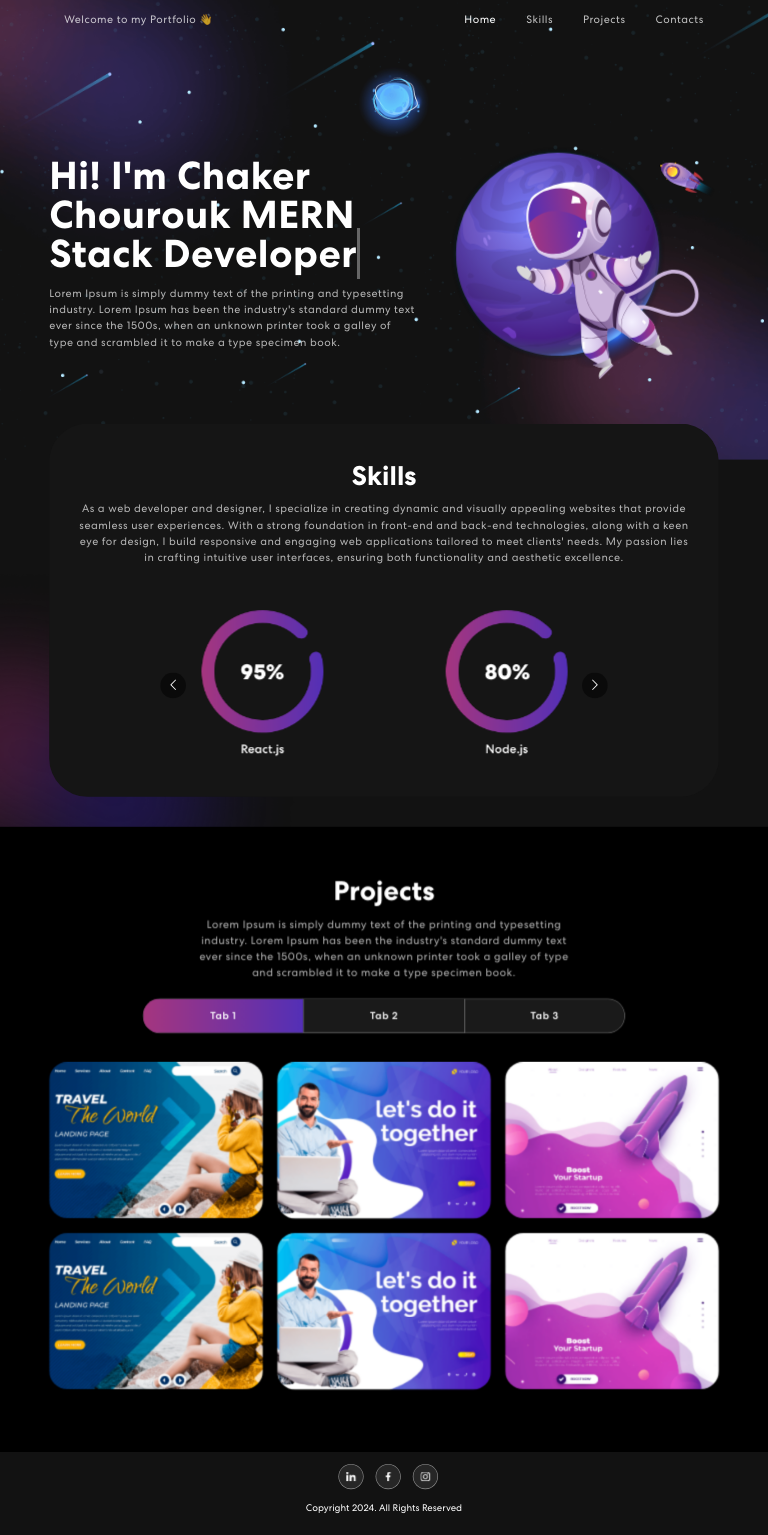
Repository: ChakerChourouk/personal-portfolio
Page: /
These files come from the project's save history. The page is drawn as it stood at one moment and after the next save; the edit follows.
The browser window is 1280 px wide. The pictures show the whole page, at 60% of full size.
The project was rebuilt for these pictures with package versions that can differ from the ones it lists, and the page was loaded fresh each time. Imported but missing from the stored project, and not drawn on this page: src/components/Contact.

Above is the page before, as saved 2024-09-15 20:28:31.

### src/App.js
import logo from './logo.svg';
import './App.css';
import 'bootstrap/dist/css/bootstrap.min.css';
import { NavBar } from "./components/NavBar";
import { Banner } from "./components/Banner";
import { Skills } from "./components/Skills";
import { Projects } from "./components/Projects";
import { Contact } from "./components/Contact";
import { Footer } from "./components/Footer";

function App() {
  return (
    <div className="App">
      <NavBar />
      <Banner />
      <Skills />
      <Projects />
      <Footer />
    </div>
  );
}

export default App;

### src/App.css
/************ Custom Font ************/
@font-face {
	font-family: Centra;
	src: url('./assets/font/CentraNo2-Bold.ttf');
	font-weight: 700;
}
@font-face {
	font-family: Centra;
	src: url('./assets/font/CentraNo2-Medium.ttf');
	font-weight: 500;
}
@font-face {
	font-family: Centra;
	src: url('./assets/font/CentraNo2-Book.ttf');
	font-weight: 400;
}

/************ Default Css ************/
* {
  margin: 0;
  padding: 0;
  box-sizing: border-box;
}

html {
  scroll-behavior: smooth;
  scroll-padding-top: 75px;
}

body {
  font-weight: 400;
  overflow-x: hidden;
  position: relative;
  background-color: #121212 !important;
  color: #fff !important;
  font-family: 'Centra', sans-serif !important;
}

h1, h2, h3, h4, h5, h6 {
  margin: 0;
  padding: 0;
  line-height: normal;
}

p, a, li, button, ul {
  margin: 0;
  padding: 0;
  line-height: normal;
  text-decoration: none;
}

a:hover {
  text-decoration: none;
}

img {
  width: 100%;
  height: auto;
}

button {
  border: 0;
  background-color: transparent;
}

input:focus, textarea:focus, select:focus {
  outline: none;
}

@media (min-width:1700px) {
	main .container {
		max-width: 100%;
		padding: 0 150px;
	}
}

p.success {
	color: green;
}

p.danger {
	color: red;
}
/************ Navbar Css ************/
nav.navbar {
  padding: 18px 0;
  position: fixed;
  width: 100%;
  top: 0;
  z-index: 9999;
  transition:  0.32s ease-in-out;
}
nav.navbar.scrolled {
  padding: 0px 0;
  background-color: #121212;
}
nav.navbar a.navbar-brand {
    width: 9%;
}
nav.navbar .navbar-nav .nav-link.navbar-link {
  font-weight: 400;
  color: #fff !important;
  letter-spacing: 0.8px;
  padding: 0 25px;
  font-size: 18px;
  opacity: 0.75;
}
nav.navbar .navbar-nav a.nav-link.navbar-link:hover,
nav.navbar .navbar-nav a.nav-link.navbar-link.active {
    opacity: 1;
}
span.navbar-text {
    display: flex;
    align-items: center;
}
.social-icon {
    display: inline-block;
    margin-left: 14px;
}
.social-icon a {
    width: 42px;
    height: 42px;
    background: rgba(217, 217, 217, 0.1);
    display: inline-flex;
    border-radius: 50%;
    margin-right: 6px;
    align-items: center;
    justify-content: center;
    line-height: 1;
    border: 1px solid rgba(255, 255, 255, 0.5);
}
.social-icon a::before {
    content: "";
    width: 42px;
    height: 42px;
    position: absolute;
    background-color: #ffffff;
    border-radius: 50%;
    transform: scale(0);
	transition: 0.3s ease-in-out;
}
.social-icon a:hover::before {
    transform: scale(1);
}
.social-icon a img {
	width: 40%;
	z-index: 1;
	transition: 0.3s ease-in-out;
}
.social-icon a:hover img {
	filter: brightness(0) saturate(100%) invert(0%) sepia(7%) saturate(98%) hue-rotate(346deg) brightness(95%) contrast(86%);
}
.navbar-text button {
  font-weight: 700;
  color: #fff;
  border: 1px solid #fff;
  padding: 18px 34px;
  font-size: 18px;
  margin-left: 18px;
	position: relative;
	background-color: transparent;
	transition: 0.3s ease-in-out;
}
.navbar-text button span {
  z-index: 1;
}
.navbar-text button::before {
  content: "";
  width: 0%;
  height: 100%;
  position: absolute;
  background-color: #fff;
  left: 0;
  top: 0;
  z-index: -1;
  transition: 0.3s ease-in-out;
}
.navbar-text button:hover {
  color: #121212;
}
.navbar-text button:hover::before {
	content: "";
	width: 100%;
	height: 100%;
	position: absolute;
}
nav.navbar .navbar-toggler:active,
nav.navbar .navbar-toggler:focus {
	outline: none;
    box-shadow: none;
}
nav.navbar .navbar-toggler-icon {
  width: 24px;
  height: 17px;
  background-image: none;
  position: relative;
  border-bottom: 2px solid #fff;
  transition: all 300ms linear;
  top: -2px;
}
nav.navbar .navbar-toggler-icon:focus {
	border-bottom: 2px solid #fff;
}
nav.navbar .navbar-toggler-icon:after,
nav.navbar .navbar-toggler-icon:before {
	width: 24px;
	position: absolute;
	height: 2px;
	background-color: #fff;
	top: 0;
	left: 0;
	content: '';
	z-index: 2;
	transition: all 300ms linear;
}
nav.navbar .navbar-toggler-icon:after {
	top: 8px;
}
nav.navbar .navbar-toggler[aria-expanded="true"] .navbar-toggler-icon:after {
	transform: rotate(45deg);
	background-color: #fff;
	height: 2px;
}
nav.navbar .navbar-toggler[aria-expanded="true"] .navbar-toggler-icon:before {
	transform: translateY(8px) rotate(-45deg);
	background-color: #fff;
	height: 2px;
}
nav.navbar .navbar-toggler[aria-expanded="true"] .navbar-toggler-icon {
	border-color: transparent;
}

/************ Banner Css ************/
.banner {
  margin-top: 0;
  padding: 260px 0 100px 0;
  background-image: url('./assets/img/banner-bg.png');
  background-position: top center;
  background-size: cover;
  background-repeat: no-repeat;
}
.banner .tagline {
  font-weight: 700;
  letter-spacing: 0.8px;
  padding: 8px 10px;
  background: linear-gradient(90.21deg, rgba(170, 54, 124, 0.5) -5.91%, rgba(74, 47, 189, 0.5) 111.58%);
  border: 1px solid rgba(255, 255, 255, 0.5);
  font-size: 20px;
  margin-bottom: 16px;
  display: inline-block;
}
.banner h1 {
  font-size: 65px;
  font-weight: 700;
  letter-spacing: 0.8px;
  line-height: 1;
  margin-bottom: 20px;
  display: block;
}
.banner p {
  color: #B8B8B8;
  font-size: 18px;
  letter-spacing: 0.8px;
  line-height: 1.5em;
  width: 96%;
}
.banner button {
  color: #fff;
  font-weight: 700;
  font-size: 20px;
  margin-top: 60px;
  letter-spacing: 0.8px;
  display: flex;
  align-items: center;
}
.banner button svg {
  font-size: 25px;
  margin-left: 10px;
  transition: 0.3s ease-in-out;
  line-height: 1;
}
.banner button:hover svg {
  margin-left: 25px;
}
.banner img {
  animation: updown 3s linear infinite;
}
@keyframes updown {
    0% {
        transform: translateY(-20px);
    }
    50% {
        transform: translateY(20px);
    }
    100% {
        transform: translateY(-20px);
    }
}
.txt-rotate > .wrap {
  border-right: 0.08em solid #666;
}

/************ Skills Css ************/
.skill {
  padding: 0 0 50px 0;
  position: relative;
}
.skill-bx {
  background: #151515;
  border-radius: 64px;
  text-align: center;
  padding: 60px 50px;
  margin-top: -60px;
}
.skill h2 {
	font-size: 45px;
	font-weight: 700;
}
.skill p {
    color: #B8B8B8;
    font-size: 18px;
    letter-spacing: 0.8px;
    line-height: 1.5em;
    margin: 14px 0 75px 0;
}
.skill-slider {
  width: 80%;
  margin: 0 auto;
  position: relative;
}
.skill-slider .item img {
  width: 50%;
  margin: 0 auto 15px auto;
}
.background-image-left {
  top: 28%;
  position: absolute;
  bottom: 0;
  width: 40%;
  z-index: -4;
}

/************ Projects Css ************/
.project {
  padding: 80px 0;
  position: relative;
  background-color: black;
}
.project h2 {
	font-size: 45px;
	font-weight: 700;
  text-align: center;
}
.project p {
  color: #B8B8B8;
  font-size: 18px;
  letter-spacing: 0.8px;
  line-height: 1.5em;
  margin: 14px auto 30px auto;
  text-align: center;
  width: 56%;
}
.project .nav.nav-pills {
  width: 72%;
  margin: 0 auto;
  border-radius: 50px;
  background-color: rgb(255 255 255 / 10%);
  overflow: hidden;
}
.project .nav.nav-pills .nav-item {
  width: 33.33333%;
}
.project .nav.nav-pills .nav-link {
  background-color: transparent;
  border-radius: 0;
  padding: 17px 0;
  color: #fff;
  width: 100%;
  font-size: 17px;
  letter-spacing: 0.8px;
  font-weight: 500;
  position: relative;
  transition: 0.3s ease-in-out;
  text-align: center;
  z-index: 0;
}
.project .nav.nav-pills .nav-link::before {
    content: "";
    position: absolute;
    width: 0;
    height: 100%;
    background: linear-gradient(90.21deg, #AA367C -5.91%, #4A2FBD 111.58%);
    top: 0;
    left: 0;
    z-index: -1;
    transition: 0.3s ease-in-out;
}
.project .nav.nav-pills .nav-link.active::before {
    width: 100% !important;
}
.project .nav.nav-pills .nav-link.active {
    border: 1px solid rgba(255, 255, 255, 1);
}
.nav-link#projects-tabs-tab-first {
  border: 1px solid rgba(255, 255, 255, 0.5);
  border-radius: 55px 0px 0px 55px;
}
.nav-link#projects-tabs-tab-second {
  border-top: 1px solid rgba(255, 255, 255, 0.5);
  border-bottom: 1px solid rgba(255, 255, 255, 0.5);
}
.nav-link#projects-tabs-tab-third {
  border: 1px solid rgba(255, 255, 255, 0.5);
  border-radius: 0 55px 55px 0;
}
.proj-imgbx {
  position: relative;
  border-radius: 30px;
  overflow: hidden;
  margin-bottom: 24px;
}
.proj-imgbx::before {
  content: "";
  background: linear-gradient(90.21deg, #AA367C -5.91%, #4A2FBD 111.58%);
  opacity: 0.85;
  position: absolute;
  width: 100%;
  height: 0;
  transition: 0.4s ease-in-out;
}
.proj-imgbx:hover::before {
  height: 100%;
}
.proj-txtx {
  position: absolute;
  text-align: center;
  top: 65%;
  left: 50%;
  transform: translate(-50%, -50%);
  transition: 0.5s ease-in-out;
  opacity: 0;
  width: 100%;
}
.proj-imgbx:hover .proj-txtx {
  top: 50%;
  opacity: 1;
}
.proj-txtx h4 {
  font-size: 30px;
  font-weight: 700;
  letter-spacing: 0.8px;
  line-height: 1.1em;
}
.proj-txtx span {
  font-style: italic;
  font-weight: 400;
  font-size: 15px;
  letter-spacing: 0.8px;
}
.background-image-right {
  top: 20%;
  position: absolute;
  bottom: 0;
  width: 35%;
  right: 0;
  z-index: -4;
}

/************ Projects Css ************/
.contact {
  background: linear-gradient(90.21deg, #AA367C -5.91%, #4A2FBD 111.58%);
  padding: 60px 0 200px 0;
}
.contact img {
  width: 92%;
}
.contact h2 {
	font-size: 45px;
	font-weight: 700;
  margin-bottom: 30px;
}
.contact form input, .contact form textarea {
  width: 100%;
  background: rgba(255, 255, 255, 0.1);
  border: 1px solid rgba(255, 255, 255, 0.5);
  border-radius: 20px;
  color: #fff;
  margin: 0 0 8px 0;
  padding: 18px 26px;
  font-weight: 500;
  font-size: 18px;
  letter-spacing: 0.8px;
  transition: 0.3s ease-in-out;
}
.contact form input:focus, .contact form textarea:focus {
  background: rgba(255, 255, 255, 1);
  color: #121212;
}
.contact form input::placeholder, .contact form textarea::placeholder {
  font-size: 16px;
  font-weight: 400;
  color: #fff;
}
.contact form input:focus::placeholder, .contact form textarea:focus::placeholder {
  color: #121212;
  opacity: 0.8;
}
.contact form button {
  font-weight: 700;
  color: #000;
  background-color: #fff;
  padding: 14px 48px;
  font-size: 18px;
  margin-top: 25px;
  border-radius: 0;
  position: relative;
  transition: 0.3s ease-in-out;
}
.contact form button span {
  z-index: 1;
  position: relative;
}
.contact form button:hover {
  color: #fff;
}
.contact form button::before {
  content: "";
  background: #121212;
  width: 0;
  height: 100%;
  position: absolute;
  top: 0;
  left: 0;
  z-index: 0;
  transition: 0.3s ease-in-out;
}
.contact form button:hover::before {
  width: 100%;
}

/************ Footer Css ************/

.footer {
  padding: 20px 0;
}

.social-icon a {
  margin: 0 10px;
}

/* Add margin to create space between icons and the text */
.text-center p {
  margin-top: 20px; /* Adjust the value for more or less space */
}


.welcome {
    font-weight: 400;
    color: #fff !important;
    letter-spacing: 0.8px;
    padding: 0 25px;
    font-size: 18px;
    opacity: 0.75;
}

### src/components/NavBar.js
import { useState, useEffect } from "react";
import { Navbar, Nav, Container } from "react-bootstrap";
import {
  BrowserRouter as Router
} from "react-router-dom";

export const NavBar = () => {

  const [activeLink, setActiveLink] = useState('home');
  const [scrolled, setScrolled] = useState(false);

  useEffect(() => {
    const onScroll = () => {
      if (window.scrollY > 50) {
        setScrolled(true);
      } else {
        setScrolled(false);
      }
    }

    window.addEventListener("scroll", onScroll);

    return () => window.removeEventListener("scroll", onScroll);
  }, [])

  const onUpdateActiveLink = (value) => {
    setActiveLink(value);
  }

  return (
    <Router>
      <Navbar expand="md" className={scrolled ? "scrolled" : ""}>
        <Container>
         {/* <Navbar.Brand href="/">
            <img src={logo} alt="Logo" />
          </Navbar.Brand>*/}
          <span className="welcome">Welcome to my Portfolio<span role="img" aria-label="waving hand"> 👋</span> </span>
          <Navbar.Toggle aria-controls="basic-navbar-nav">
            <span className="navbar-toggler-icon"></span>
          </Navbar.Toggle>
          <Navbar.Collapse id="basic-navbar-nav">
            <Nav className="ms-auto">
              <Nav.Link href="#home" className={activeLink === 'home' ? 'active navbar-link' : 'navbar-link'} onClick={() => onUpdateActiveLink('home')}>Home</Nav.Link>
              <Nav.Link href="#skills" className={activeLink === 'skills' ? 'active navbar-link' : 'navbar-link'} onClick={() => onUpdateActiveLink('skills')}>Skills</Nav.Link>
              <Nav.Link href="#projects" className={activeLink === 'projects' ? 'active navbar-link' : 'navbar-link'} onClick={() => onUpdateActiveLink('projects')}>Projects</Nav.Link>
              <Nav.Link href="#contacts" className={activeLink === 'contacts' ? 'active navbar-link' : 'navbar-link'} onClick={() => onUpdateActiveLink('projects')}>Contacts</Nav.Link>
            </Nav>
            {/*<span className="navbar-text">
              <div className="social-icon">
                <a href="#"><img src={navIcon1} alt="" /></a>
                <a href="#"><img src={navIcon2} alt="" /></a>
                <a href="#"><img src={navIcon3} alt="" /></a>
              </div>
            </span>*/}
          </Navbar.Collapse>
        </Container>
      </Navbar>
    </Router>
  )
}

### src/components/Banner.js
import { useState, useEffect } from "react";
import { Container, Row, Col } from "react-bootstrap";
import headerImg from "../assets/img/header-img.svg";
import { ArrowRightCircle } from 'react-bootstrap-icons';
import 'animate.css';
import TrackVisibility from 'react-on-screen';

export const Banner = () => {
  const [loopNum, setLoopNum] = useState(0);
  const [isDeleting, setIsDeleting] = useState(false);
  const [text, setText] = useState('');
  const [delta, setDelta] = useState(300 - Math.random() * 100);
  const [index, setIndex] = useState(1);
  const toRotate = [ "MERN Stack Developer", "Web Designer", "UI/UX Designer" ];
  const period = 2000;

  useEffect(() => {
    let ticker = setInterval(() => {
      tick();
    }, delta);

    return () => { clearInterval(ticker) };
  }, [text])

  const tick = () => {
    let i = loopNum % toRotate.length;
    let fullText = toRotate[i];
    let updatedText = isDeleting ? fullText.substring(0, text.length - 1) : fullText.substring(0, text.length + 1);

    setText(updatedText);

    if (isDeleting) {
      setDelta(prevDelta => prevDelta / 2);
    }

    if (!isDeleting && updatedText === fullText) {
      setIsDeleting(true);
      setIndex(prevIndex => prevIndex - 1);
      setDelta(period);
    } else if (isDeleting && updatedText === '') {
      setIsDeleting(false);
      setLoopNum(loopNum + 1);
      setIndex(1);
      setDelta(500);
    } else {
      setIndex(prevIndex => prevIndex + 1);
    }
  }

  return (
    <section className="banner" id="home">
      <Container>
        <Row className="aligh-items-center">
          <Col xs={12} md={6} xl={7}>
            <TrackVisibility>
              {({ isVisible }) =>
              <div className={isVisible ? "animate__animated animate__fadeIn" : ""}>
                <h1>{`Hi! I'm Chaker Chourouk`} <span className="txt-rotate" dataPeriod="1000" data-rotate='[ "MERN Stack Developer", "Web Designer", "UI/UX Designer" ]'><span className="wrap">{text}</span></span></h1>
                  <p>Lorem Ipsum is simply dummy text of the printing and typesetting industry. Lorem Ipsum has been the industry's standard dummy text ever since the 1500s, when an unknown printer took a galley of type and scrambled it to make a type specimen book.</p>
              </div>}
            </TrackVisibility>
          </Col>
          <Col xs={12} md={6} xl={5}>
            <TrackVisibility>
              {({ isVisible }) =>
                <div className={isVisible ? "animate__animated animate__zoomIn" : ""}>
                  <img src={headerImg} alt="Header Img"/>
                </div>}
            </TrackVisibility>
          </Col>
        </Row>
      </Container>
    </section>
  )
}

### src/components/Projects.js
import { Container, Row, Col, Tab, Nav } from "react-bootstrap";
import { ProjectCard } from "./ProjectCard";
import projImg1 from "../assets/img/project-img1.png";
import projImg2 from "../assets/img/project-img2.png";
import projImg3 from "../assets/img/project-img3.png";
import colorSharp2 from "../assets/img/color-sharp2.png";
import 'animate.css';
import TrackVisibility from 'react-on-screen';

export const Projects = () => {

  const projects = [
    {
      title: "Business Startup",
      description: "Design & Development",
      imgUrl: projImg1,
    },
    {
      title: "Business Startup",
      description: "Design & Development",
      imgUrl: projImg2,
    },
    {
      title: "Business Startup",
      description: "Design & Development",
      imgUrl: projImg3,
    },
    {
      title: "Business Startup",
      description: "Design & Development",
      imgUrl: projImg1,
    },
    {
      title: "Business Startup",
      description: "Design & Development",
      imgUrl: projImg2,
    },
    {
      title: "Business Startup",
      description: "Design & Development",
      imgUrl: projImg3,
    },
  ];

  return (
    <section className="project" id="projects">
      <Container>
        <Row>
          <Col size={12}>
            <TrackVisibility>
              {({ isVisible }) =>
              <div className={isVisible ? "animate__animated animate__fadeIn": ""}>
                <h2>Projects</h2>
                <p>Lorem Ipsum is simply dummy text of the printing and typesetting industry. Lorem Ipsum has been the industry's standard dummy text ever since the 1500s, when an unknown printer took a galley of type and scrambled it to make a type specimen book.</p>
                <Tab.Container id="projects-tabs" defaultActiveKey="first">
                  <Nav variant="pills" className="nav-pills mb-5 justify-content-center align-items-center" id="pills-tab">
                    <Nav.Item>
                      <Nav.Link eventKey="first">Tab 1</Nav.Link>
                    </Nav.Item>
                    <Nav.Item>
                      <Nav.Link eventKey="second">Tab 2</Nav.Link>
                    </Nav.Item>
                    <Nav.Item>
                      <Nav.Link eventKey="third">Tab 3</Nav.Link>
                    </Nav.Item>
                  </Nav>
                  <Tab.Content id="slideInUp" className={isVisible ? "animate__animated animate__slideInUp" : ""}>
                    <Tab.Pane eventKey="first">
                      <Row>
                        {
                          projects.map((project, index) => {
                            return (
                              <ProjectCard
                                key={index}
                                {...project}
                                />
                            )
                          })
                        }
                      </Row>
                    </Tab.Pane>
                    <Tab.Pane eventKey="section">
                      <p>Lorem ipsum dolor sit amet consectetur adipisicing elit. Cumque quam, quod neque provident velit, rem explicabo excepturi id illo molestiae blanditiis, eligendi dicta officiis asperiores delectus quasi inventore debitis quo.</p>
                    </Tab.Pane>
                    <Tab.Pane eventKey="third">
                      <p>Lorem ipsum dolor sit amet consectetur adipisicing elit. Cumque quam, quod neque provident velit, rem explicabo excepturi id illo molestiae blanditiis, eligendi dicta officiis asperiores delectus quasi inventore debitis quo.</p>
                    </Tab.Pane>
                  </Tab.Content>
                </Tab.Container>
              </div>}
            </TrackVisibility>
          </Col>
        </Row>
      </Container>
      <img className="background-image-right" src={colorSharp2}></img>
    </section>
  )
}

### src/components/Footer.js
import { Container, Row, Col } from "react-bootstrap";
import logo from "../assets/img/logo.svg";
import navIcon1 from "../assets/img/nav-icon1.svg";
import navIcon2 from "../assets/img/nav-icon2.svg";
import navIcon3 from "../assets/img/nav-icon3.svg";

export const Footer = () => {
  return (
    <footer className="footer" id="contacts" >
      <Container>
        <Row className="align-items-center justify-content-center">
          <Col size={12} sm={6} className="text-center">
            <div className="social-icon">
              <a href="https://www.linkedin.com/in/chaker-chourouk-a32841257/"><img src={navIcon1} alt="Icon" /></a>
              <a href="#"><img src={navIcon2} alt="Icon" /></a>
              <a href="#"><img src={navIcon3} alt="Icon" /></a>
            </div>
            <p>Copyright 2024. All Rights Reserved</p>
          </Col>
        </Row>
      </Container>
    </footer>
  );
};

Loaded but not shown: public/index.html (common file); src/index.js (common file); src/index.css (common file); src/reportWebVitals.js (common file); src/components/ProjectCard.js (common file); src/components/Skills.js (72 lines, source omitted)

After the next save:
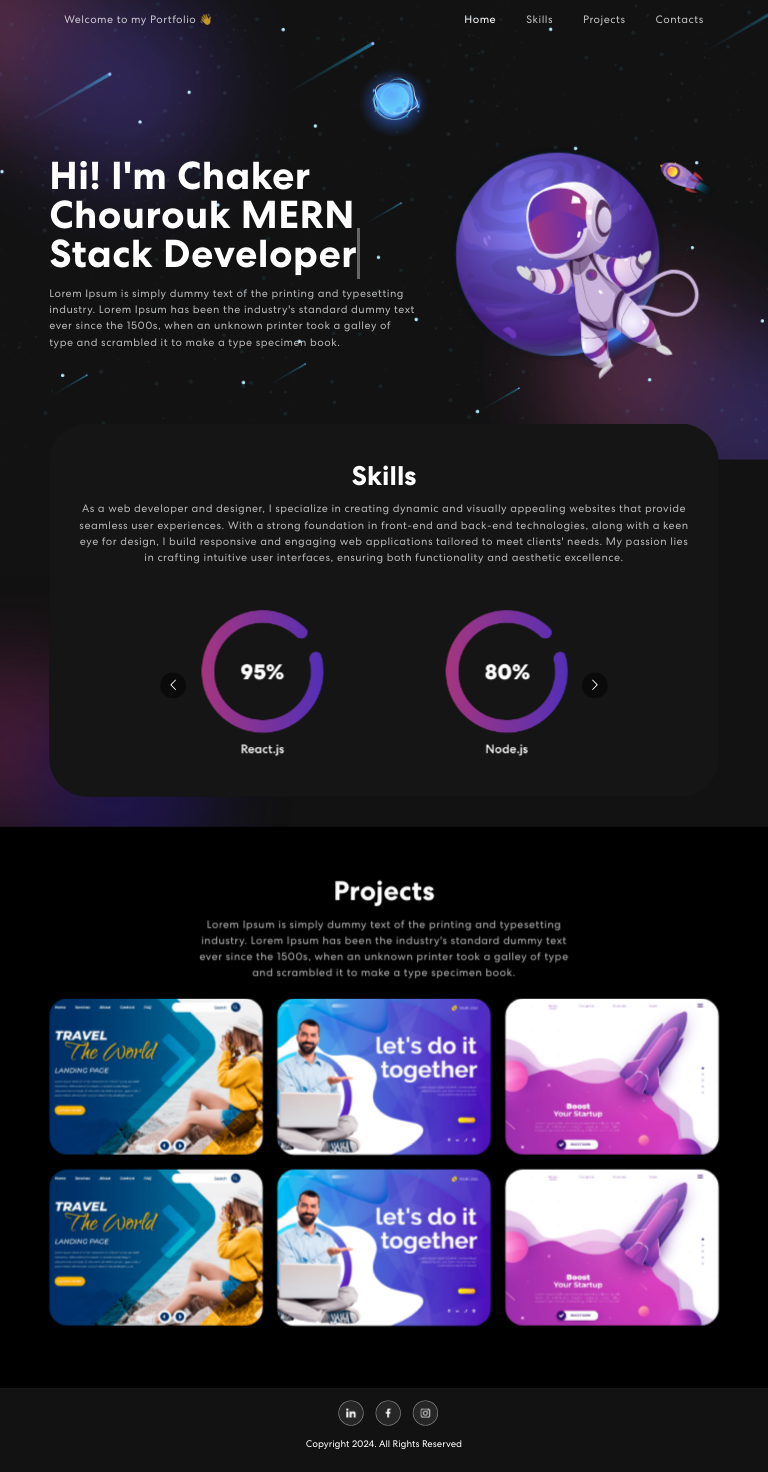
Saved 119 s later.
--- a/src/components/Projects.js
+++ b/src/components/Projects.js
@@ -53,17 +53,7 @@ export const Projects = () => {
                 <h2>Projects</h2>
                 <p>Lorem Ipsum is simply dummy text of the printing and typesetting industry. Lorem Ipsum has been the industry's standard dummy text ever since the 1500s, when an unknown printer took a galley of type and scrambled it to make a type specimen book.</p>
                 <Tab.Container id="projects-tabs" defaultActiveKey="first">
-                  <Nav variant="pills" className="nav-pills mb-5 justify-content-center align-items-center" id="pills-tab">
-                    <Nav.Item>
-                      <Nav.Link eventKey="first">Tab 1</Nav.Link>
-                    </Nav.Item>
-                    <Nav.Item>
-                      <Nav.Link eventKey="second">Tab 2</Nav.Link>
-                    </Nav.Item>
-                    <Nav.Item>
-                      <Nav.Link eventKey="third">Tab 3</Nav.Link>
-                    </Nav.Item>
-                  </Nav>
+
                   <Tab.Content id="slideInUp" className={isVisible ? "animate__animated animate__slideInUp" : ""}>
                     <Tab.Pane eventKey="first">
                       <Row>
